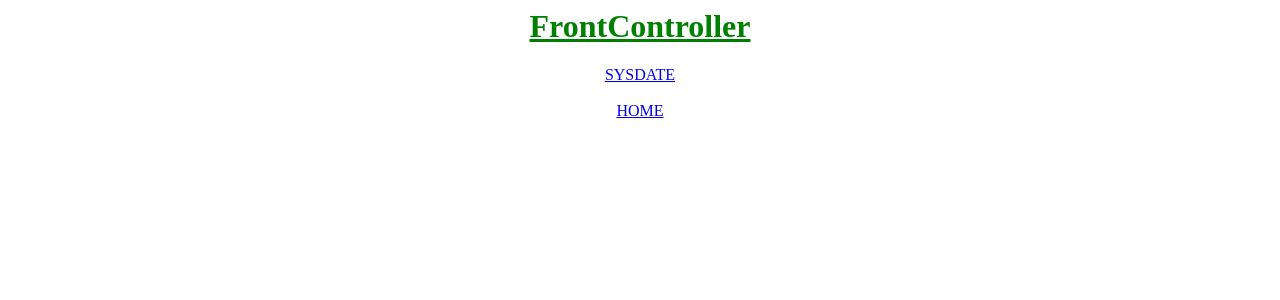
Repository: MDWASIMHAIDER/SpringMvc
Page: Ntsp711/MVC-Proj-1st-FrontController-Handler/WebContent/Index.html
These files come from the project's save history. The page is drawn as it stood at one moment and after the next save; the edit follows.
The browser window is 1280 px wide. The pictures show the whole page.

Above is the page before, as saved 2019-06-30 11:53:07.

After the next save:
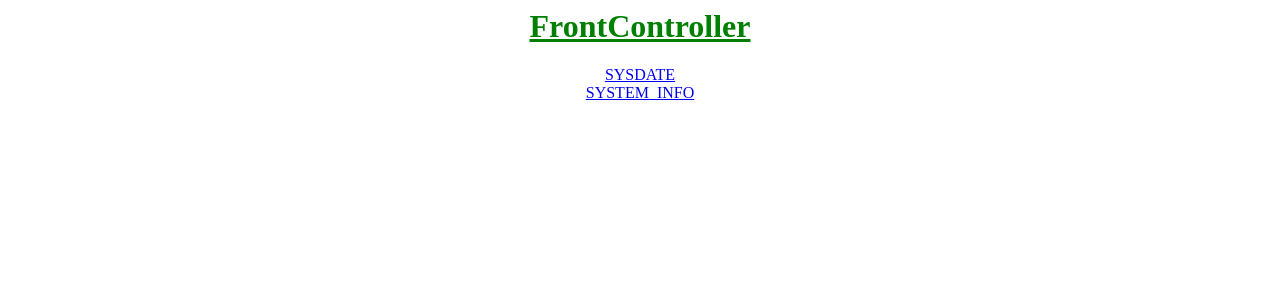
Saved 29 s later.
--- a/Ntsp711/MVC-Proj-1st-FrontController-Handler/WebContent/Index.html
+++ b/Ntsp711/MVC-Proj-1st-FrontController-Handler/WebContent/Index.html
@@ -1,6 +1,5 @@
 <h1 style="color:green;text-align:center"><u>FrontController</u></h1>
 <div align="center">
 <a href="SytemDate.do">SYSDATE</a><br>
-<a href="SystemInfo.do"></a><br>
-<a href="Index.html">HOME</a>
+<a href="SystemInfo.do">SYSTEM_INFO</a><br>
 </div>
